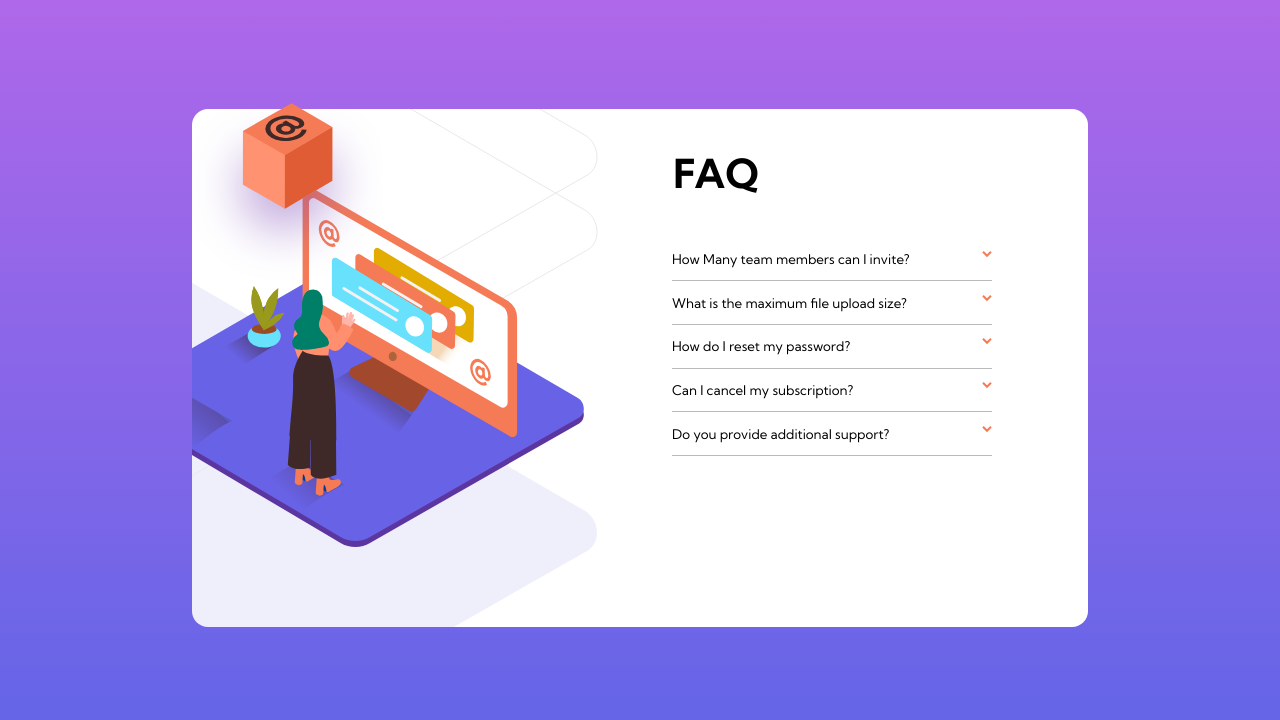
Repository: ryanwilll/ProjetoFAQ
Page: index.html
An editor plug-in stored every save of this project. The page is shown before and after the next save, followed by the edit.
The browser window is 1280 px wide. The pictures show the whole page.

Above is the page before, as saved 2022-10-28 12:35:54.

### index.html
<!DOCTYPE html>
<html lang="pt-br">

<head>
  <meta charset="UTF-8">
  <meta name="viewport" content="width=device-width, initial-scale=1.0">
  <!-- displays site properly based on user's device -->
  <link rel="preconnect" href="https://fonts.googleapis.com">
  <link rel="preconnect" href="https://fonts.gstatic.com" crossorigin>
  <link rel="preconnect" href="https://fonts.googleapis.com">
  <link rel="preconnect" href="https://fonts.gstatic.com" crossorigin>
  <link href="https://fonts.googleapis.com/css2?family=Kumbh+Sans:wght@400;700&display=swap" rel="stylesheet">
  <link rel="icon" type="image/png" sizes="32x32" href="./images/favicon-32x32.png">
  <link rel="stylesheet" href="./css/style.css">
  <link rel="stylesheet" href="./css/allmedia.css">
  <title>Frontend Mentor | FAQ Accordion Card</title>

  <!-- Feel free to remove these styles or customise in your own stylesheet 👍 -->
</head>

<body>

  <main class="container">
    <img class="Box-Imagem" src="./images/illustration-box-desktop.svg" alt="Box da Imagem">

    <div class="card-white">
      <div class="imgs">
        <img class="img-principal" src="./images/illustration-woman-online-mobile.svg" alt="Ilustração Mobile">
        <img class="sombra-img-principal" src="./images/bg-pattern-mobile.svg" alt="Sombreamento da Imagem">
      </div>

      <h1 class="FAQ">FAQ</h1>
      <div class="faq-menu">

        <div class="text">
          <button class="button-answer">
            <div class="question"> How Many team members can I invite?<img class="seta"
                src="./images/icon-arrow-down.svg" alt="Seta para baixo"></div>

          </button>
          <p class="answer"> You can invite up to 2 additional users on the Free plan. There is no limit on team
            members
            for the Premium
            plan.</p>
        </div>
        <div class="text">
          <button class="button-answer">
            <div class="question"> What is the maximum file upload size?<img class="seta"
                src="./images/icon-arrow-down.svg" alt="Seta para baixo"></div>

          </button>
          <p class="answer"> No more than 2GB. All files in your account must fit your allotted storage space.</p>
        </div>
        <div class="text">
          <button class="button-answer">
            <div class="question"> How do I reset my password?<img class="seta" src="./images/icon-arrow-down.svg"
                alt="Seta para baixo"></div>

          </button>
          <p class="answer"> Click “Forgot password” from the login page or “Change password” from your profile page.
            A reset link will be emailed to you.</p>
        </div>
        <div class="text">
          <button class="button-answer">
            <div class="question"> Can I cancel my subscription?<img class="seta" src="./images/icon-arrow-down.svg"
                alt="Seta para baixo"></div>

          </button>
          <p class="answer"> Yes! Send us a message and we’ll process your request no questions asked.</p>
        </div>
        <div class="text">
          <button class="button-answer">
            <div class="question"> Do you provide additional support?<img class="seta"
                src="./images/icon-arrow-down.svg" alt="Seta para baixo"></div>

          </button>
          <p class="answer"> You can invite up to 2 additional users on the Free plan. There is no limit on team
            members
            for the Premium
            plan.</p>
        </div>
      </div>

    </div>
  </main>
  <script src="./src/index.js"></script>
</body>

</html>

### css/style.css
@charset "UTF-8";
input,
textarea,
button,
select,
a {
  -webkit-tap-highlight-color: rgba(0, 0, 0, 0);
}
/*Versão Mobile First*/
* {
  font-family: "Kumbh Sans", sans-serif;
  margin: 0px;
  padding: 0px;
  box-sizing: border-box;
}

body {
  background: linear-gradient(hsl(273, 75%, 66%) 80%, hsl(240, 73%, 65%));
  background: linear-gradient(hsl(273, 75%, 66%) 80%, hsl(240, 73%, 65%));
  background-repeat: no-repeat;
  position: relative;
  height: 100vh;
  width: 100vw;
}

.card-white {
  background-color: white;
  width: 90vw;
  max-height: 100vh;
  margin: 10em auto;
  border-radius: 1em;
  padding-bottom: 5em;
}

.card-white .imgs {
  position: relative;
  width: 50vw;
  margin: auto;
  top: -5.5em;
  z-index: 1;
}

.card-white .imgs .sombra-img-principal {
  position: relative;
  width: 50vw;
  margin: auto;
  top: -4.5em;
  z-index: -1;
}
.card-white .FAQ {
  font-size: 2.5em;
  text-align: center;
  font-weight: 600;
  margin: -3em 0em 1em;
}

.card-white button {
  border-style: none;
  text-align: left;
  background-color: transparent;
  transition: color ease-in-out 0.2s;
  justify-content: space-between;
  cursor: pointer;
  width: 80vw;
}

.card-white button img {
  position: relative;
  float: right;
  margin: auto;
}

.imgs-desktop {
  display: none;
}

.card-white button:hover {
  color: orange;
}

.card-white .faq-menu .text .question {
  width: 80vw;
  margin: 1em 0em;
}

.card-white .answer {
  visibility: hidden;
  height: 0;
  transition: height 0.5s ease;
}
.card-white .faq-menu .text {
  border-bottom: 1px solid rgb(187, 186, 186);
  width: 80vw;
  margin: auto;
}

.card-white .faq-menu .text.active .question {
  font-weight: bold;
}

.card-white .faq-menu .text.active .answer {
  visibility: visible;
  height: 2.4em;
  margin: 0.5em 0em;
  width: 75vw;
  font-size: 0.7em;
  margin-bottom: 2em;
  animation: fade 1s ease-in-out;
}

.card-white .faq-menu .text.active .seta {
  transform: rotate(180deg);
}
.seta {
  transition: transform 0.5s ease-in;
}

@keyframes fade {
  from {
    opacity: 0;
    transform: translateY(-10px);
  }
  to {
    opacity: 1;
    transform: translateY(0px);
  }
}

### css/allmedia.css
@media screen and (min-width: 600px) and (max-width: 768px) {
  body {
    background: linear-gradient(hsl(273, 75%, 66%) 80%, hsl(240, 73%, 65%));
    background: linear-gradient(hsl(273, 75%, 66%) 80%, hsl(240, 73%, 65%));
    background-repeat: no-repeat;
    position: relative;
    height: 100vh;
    width: 100vw;
  }
  .card-white {
    max-height: 100%;
    margin: 13em auto;
    border-radius: 1em;
    padding-bottom: 5em;
  }
  .card-white .imgs {
    top: -10.5em;
  }

  .card-white .imgs .sombra-img-principal {
    top: -7.5em;
  }
  .card-white .FAQ {
    font-size: 3.5em;
    margin: -5em 0em 1em;
  }

  .card-white button img {
    width: 1.5em;
    height: 1em;
  }
  .card-white .faq-menu .text .question {
    font-size: 2em;
  }
  .card-white .faq-menu .text.active .answer {
    font-size: 1.5em;
  }
}

@media screen and (min-width: 769px) and (max-width: 992px) {
  body {
    background: linear-gradient(hsl(273, 75%, 66%) 80%, hsl(240, 73%, 65%));
    background: linear-gradient(hsl(273, 75%, 66%) 80%, hsl(240, 73%, 65%));
    background-repeat: no-repeat;
    position: relative;
    height: 100%;
    width: 100%;
  }
  .card-white {
    max-height: 100%;
    margin: 15em auto;
    border-radius: 1em;
    padding-bottom: 5em;
  }
  .card-white .imgs {
    top: -10.5em;
  }

  .card-white .imgs .sombra-img-principal {
    top: -7.5em;
  }
  .card-white .FAQ {
    font-size: 4em;
    margin: -3em 0em 1em;
  }
  .card-white button img {
    width: 1.5em;
    height: 1em;
  }
  .card-white .faq-menu .text .question {
    font-size: 2em;
  }
  .card-white .faq-menu .text.active .answer {
    font-size: 1.5em;
  }
}

@media screen and (min-width: 993px) and (max-width: 1200px) {
  body {
    background: linear-gradient(hsl(273, 75%, 66%) 80%, hsl(240, 73%, 65%));
    background: linear-gradient(hsl(273, 75%, 66%) 80%, hsl(240, 73%, 65%));
    background-repeat: no-repeat;
    position: relative;
    height: 100%;
    width: 100%;
  }
  .card-white {
    max-height: 100%;
    margin: 15em auto;
    border-radius: 1em;
    padding-bottom: 5em;
  }
  .card-white .imgs {
    top: -16.5em;
  }

  .card-white .imgs .sombra-img-principal {
    top: -11.5em;
  }
  .card-white .FAQ {
    font-size: 5em;
    margin: -5.5em 0em 1em;
  }
  .card-white button img {
    width: 1.5em;
    height: 1em;
  }
  .card-white .faq-menu .text .question {
    font-size: 2.3em;
  }
  .card-white .faq-menu .text.active .answer {
    font-size: 1.7em;
  }
}

@media screen and (min-width: 1201px) {
  body {
    margin: 0;
    height: 100%;
    min-height: 100vh;
    max-width: 100vw;
    background: linear-gradient(hsl(273, 75%, 66%), hsl(240, 73%, 65%));
    display: grid;
    justify-content: center;
    align-content: center;
    overflow-x: hidden;
  }
  .imgs {
    display: none;
  }

  .card-white {
    position: relative;
    background-color: white;
    min-height: 70vh;
    height: 100%;
    width: 70vw;
    margin: 8em auto 0.4em auto;
    border-radius: 1em;
    padding-bottom: 5em;
    box-sizing: border-box;

    background: url(../images/illustration-woman-online-desktop.svg) center left -5em
        no-repeat,
      url(../images/bg-pattern-desktop.svg) bottom -11em left -35em no-repeat;
    background-color: white;
  }

  .Box-Imagem {
    z-index: 1;
    position: absolute;
    margin: auto;
    justify-items: center;
    align-items: center;

  }

  .card-white .FAQ {
    font-size: 2.5em;
    font-weight: 600;
    padding-top: 1em;
    box-sizing: border-box;
    margin-left: 3.8em;
  }
  .card-white .faq-menu .text {
    border-bottom: 1px solid rgb(187, 186, 186);
    width: 25vw;
    margin-right: 6em;
  }
  .card-white button {
    width: 25vw;
  }
  .card-white button img {
    margin: auto;
  }
  .card-white .faq-menu .text .question {
    width: 25vw;
  }
  .card-white .faq-menu .text .answer {
    max-width: 25vw;
  }
}

### src/index.js
const faqs = document.querySelectorAll(".text");

faqs.forEach((faq) => {
  faq.addEventListener("click", () => {
    faq.classList.toggle("active");
  });
});

After the next save:
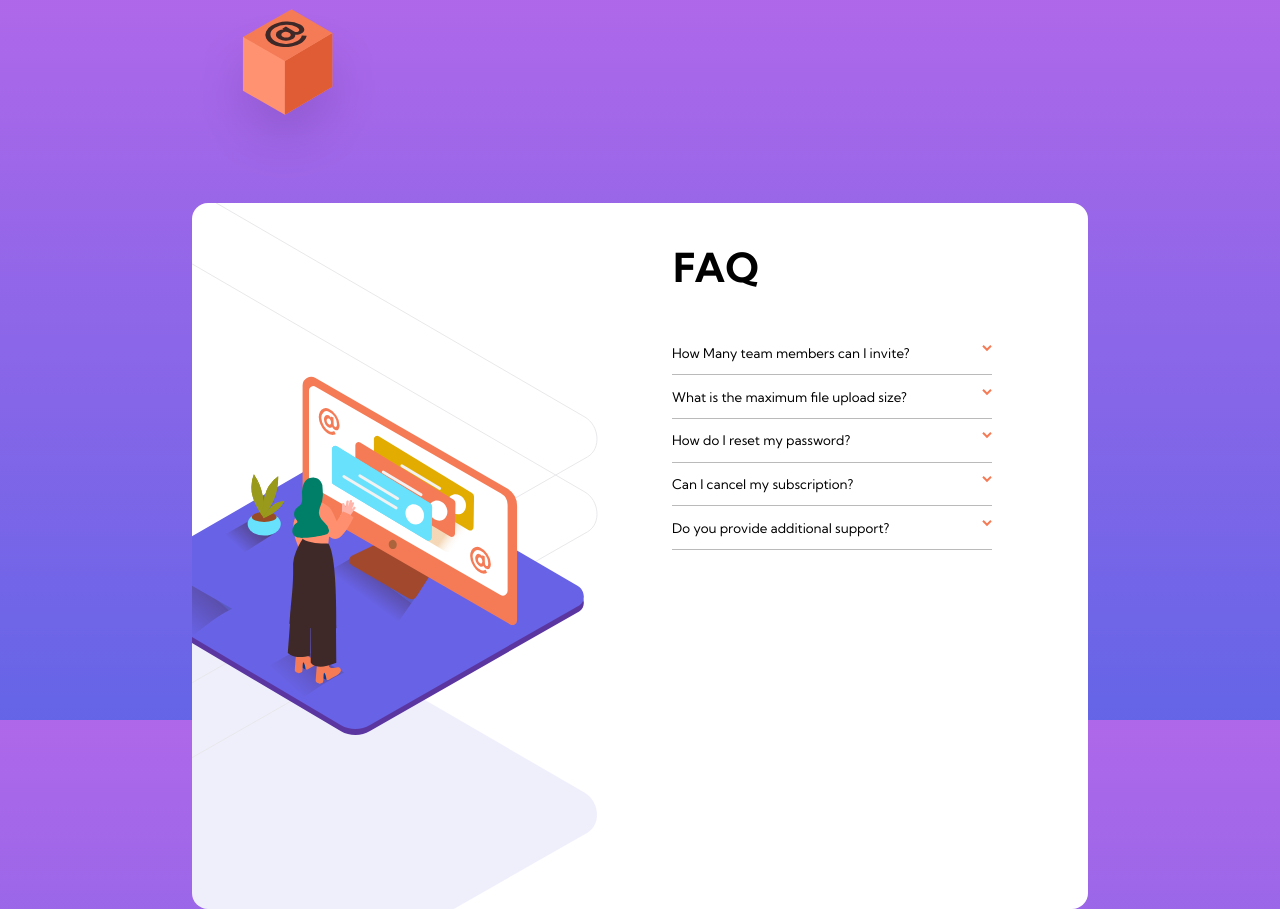
Saved 20 s later.
--- a/css/allmedia.css
+++ b/css/allmedia.css
@@ -146,14 +146,7 @@
     background-color: white;
   }
 
-  .Box-Imagem {
-    z-index: 1;
-    position: absolute;
-    margin: auto;
-    justify-items: center;
-    align-items: center;
 
-  }
 
   .card-white .FAQ {
     font-size: 2.5em;

After the 2 saves that followed:
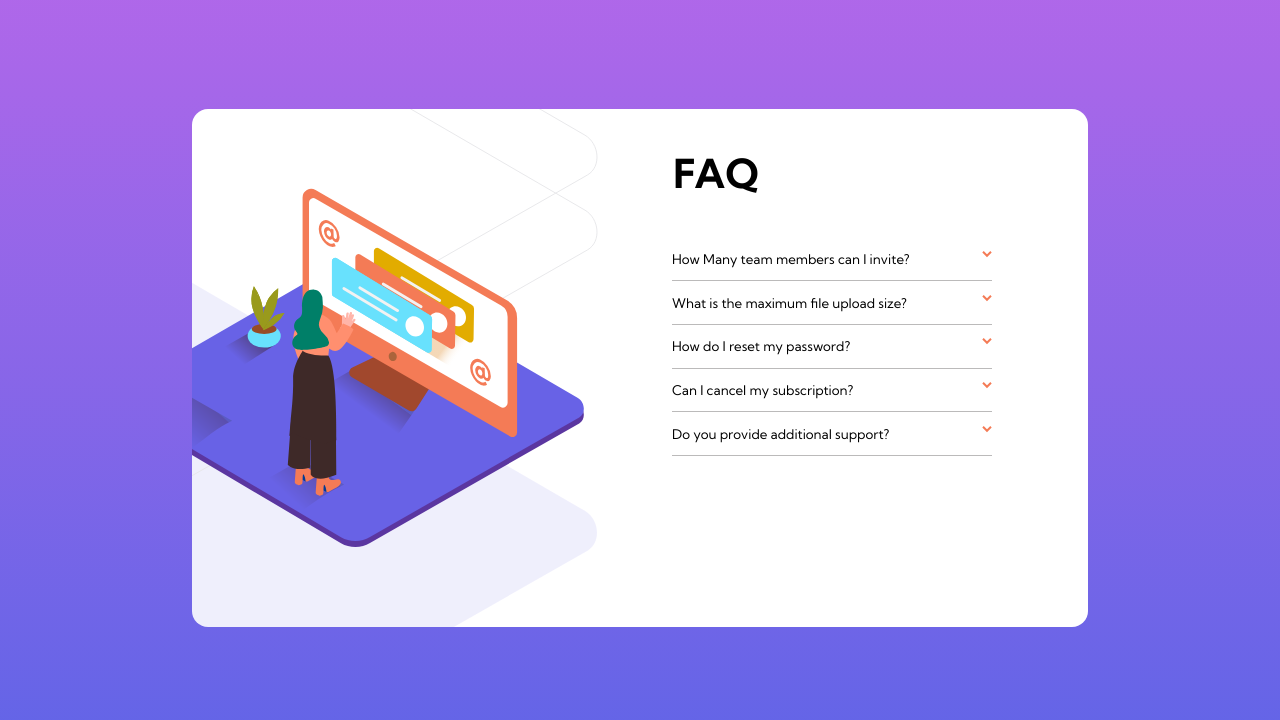
The 2 saves are shown as one change because they came seconds apart.
The last was saved 4 s later.
--- a/index.html
+++ b/index.html
@@ -21,7 +21,6 @@
 <body>
 
   <main class="container">
-    <img class="Box-Imagem" src="./images/illustration-box-desktop.svg" alt="Box da Imagem">
 
     <div class="card-white">
       <div class="imgs">
